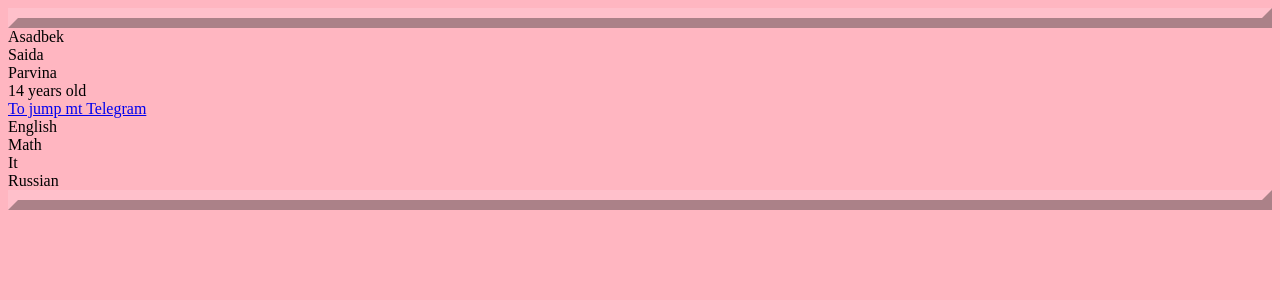
Repository: KHANas02/live-stream
Page: contact.html
An editor plug-in stored every save of this project. The page is shown before and after the next save, followed by the edit.
The browser window is 1280 px wide. The pictures show the whole page.

Above is the page before, as saved 2024-03-25 07:46:05.

After the next save:
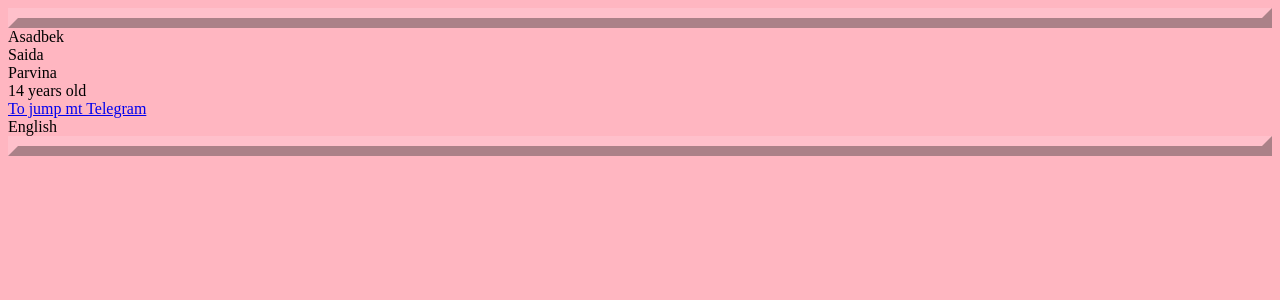
Saved 4 s later.
--- a/contact.html
+++ b/contact.html
@@ -32,9 +32,7 @@
 <a href=" https://t.me/wzb_02">To jump mt Telegram</a> <br>
 
 English <br>
-Math <br>
-It <br>
-Russian <br>
+
 
     </div>
 
